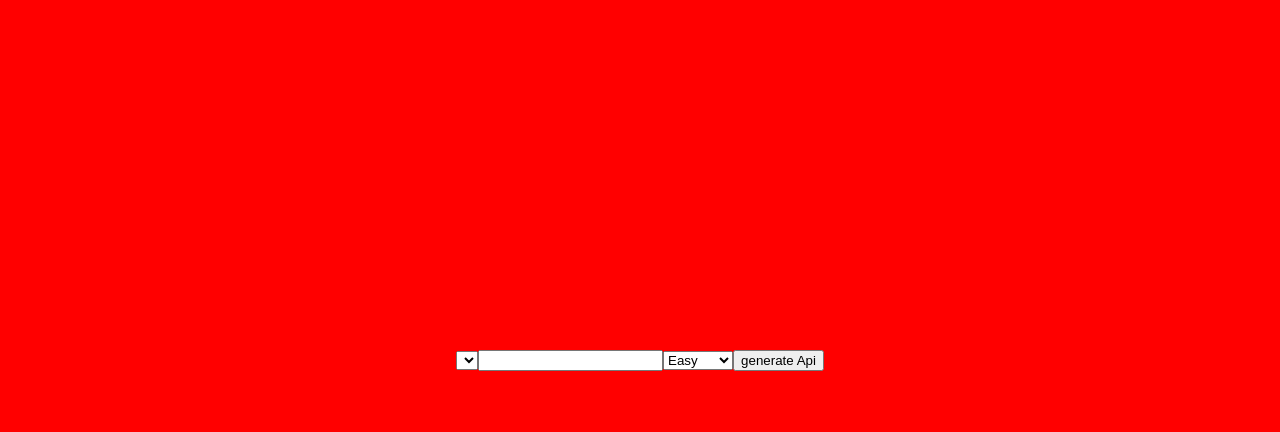
Repository: ranausama48/quiz-App
Page: /
These files come from the project's save history. The page is drawn as it stood at one moment and after the next save; the edit follows.
The browser window is 1280 px wide. The pictures show the whole page.
The page's requests for data from a server got no answer. The project was rebuilt for these pictures with package versions that can differ from the ones it lists, and the page was loaded fresh each time. No one was signed in, and anything a server would have sent is missing. Also part of the build but not shown: src/components/QuestionCard.tsx, src/components/ScorePage.tsx, src/components/QuizDash.tsx.

Above is the page before, as saved 2020-07-26 14:19:46.

### src/App.tsx
import React from "react";
import { getApiData, getCatories } from "./api/api";
import { SingleQuestion } from "./Types/quiz_types";
import Main from "./components/QuizDash";
import styled from "styled-components";
const Container = styled.div`
  background: red;
  height: 100vh;
  display: flex;
  justify-content: center;
  align-items: center;
  flex-direction: column;
`;

function App() {
  const [quiz, setQuiz] = React.useState<SingleQuestion[]>([]);
  let [catagories, setCatagories] = React.useState<object[]>();
  let [apiParams, setapiParams] = React.useState<{
    questionLength: string;
    level: string;
    catagory: string;
  }>({
    questionLength: "1",
    level: "easy",
    catagory: "9",
  });
  const generateApi = () => {
    const { questionLength, level, catagory } = apiParams;
    console.log("questionLength", questionLength);
    console.log("level", level);
    console.log("catagory", catagory);

    async function fetchData() {
      const questions: SingleQuestion[] = await getApiData(
        catagory,
        questionLength,
        level
      );
      console.log(questions);
      setQuiz(questions);
    }
    fetchData();
  };
  React.useEffect(() => {
    async function fetchCatory() {
      const catories: SingleQuestion[] = await getCatories();

      setCatagories(catories);
    }
    fetchCatory();
  }, []);
  const changeHandler = (e: any) => {
    const value = e.target.value;
    const name = e.target.name;
    setapiParams((prev) => {
      return {
        ...prev,
        [name]: value,
      };
    });
  };
  return (
    <Container className="app">
      {quiz[0] ? (
        <Main question={quiz} />
      ) : (
        <div>
          <select onChange={changeHandler} name="catagory">
            {catagories
              ? catagories.map((data: any, index: number) => (
                  <option value={data.id}>
                    {console.log(data)}
                    {data.name}
                  </option>
                ))
              : []}
          </select>
          <input
            type="number"
            name="questionLength"
            id=""
            onChange={changeHandler}
          />
          <select onChange={changeHandler} name="level">
            <option value="easy">Easy</option>
            <option value="medium">Medium</option>
            <option value="hard">Hard</option>
          </select>
          <button onClick={generateApi}> generate Api</button>
        </div>
      )}
    </Container>
  );
}

export default App;

### src/api/api.ts
import { OverallQuiz, SingleQuestion } from "../Types/quiz_types";
export const shuffleArray = (array: any[]) => {
  [...array].sort(() => Math.random() - 0.5);
};

export const getApiData = async (
  catagory: string,
  questionLength: string,
  level: string
): Promise<SingleQuestion[]> => {
  console.log("questionLength", questionLength);
  console.log("catagory", catagory);

  console.log("level", level);

  const res = await fetch(
    `https://opentdb.com/api.php?amount=${questionLength}&category=${catagory}&difficulty=${level}`
  );
  console.log(res);
  let { results } = await res.json();
  console.log(results);
  const quiz: SingleQuestion[] = results.map((questionObj: OverallQuiz) => {
    return {
      question: questionObj.question,
      answer: questionObj.correct_answer,
      option: questionObj.incorrect_answers.concat(questionObj.correct_answer),
    };
  });
  return quiz;
};

export const getCatories = async () => {
  const res = await fetch(`https://opentdb.com/api_category.php`);
  const { trivia_categories } = await res.json();
  return trivia_categories;
};

Loaded but not shown: public/index.html (common file); src/index.tsx (common file); src/index.css (common file); src/serviceWorker.ts (common file)

After the next save:
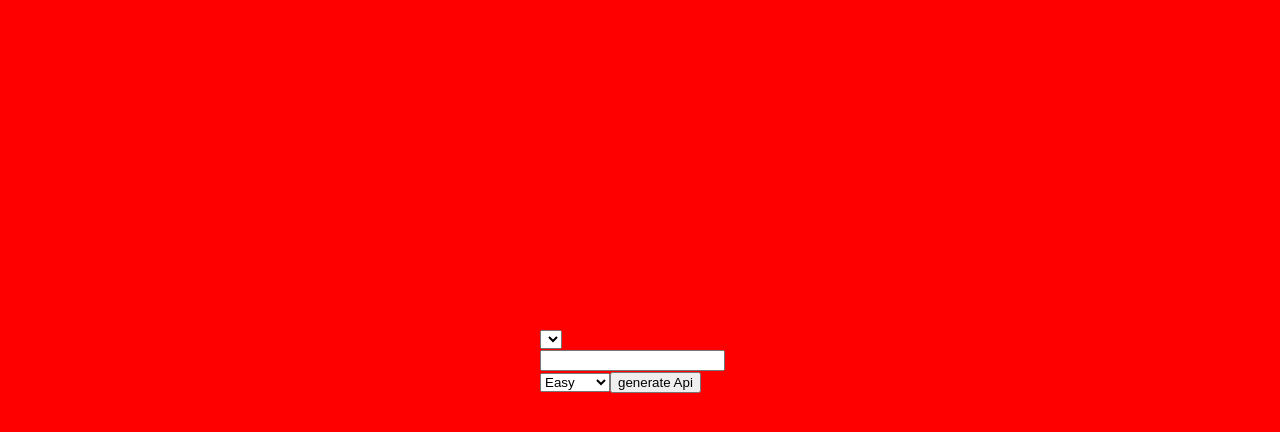
Saved 25 s later.
--- a/src/App.tsx
+++ b/src/App.tsx
@@ -10,6 +10,9 @@ const Container = styled.div`
   justify-content: center;
   align-items: center;
   flex-direction: column;
+  .inner--wraper {
+    max-width: 200px;
+  }
 `;
 
 function App() {
@@ -64,7 +67,7 @@ function App() {
       {quiz[0] ? (
         <Main question={quiz} />
       ) : (
-        <div>
+        <div className="inner--wraper">
           <select onChange={changeHandler} name="catagory">
             {catagories
               ? catagories.map((data: any, index: number) => (
